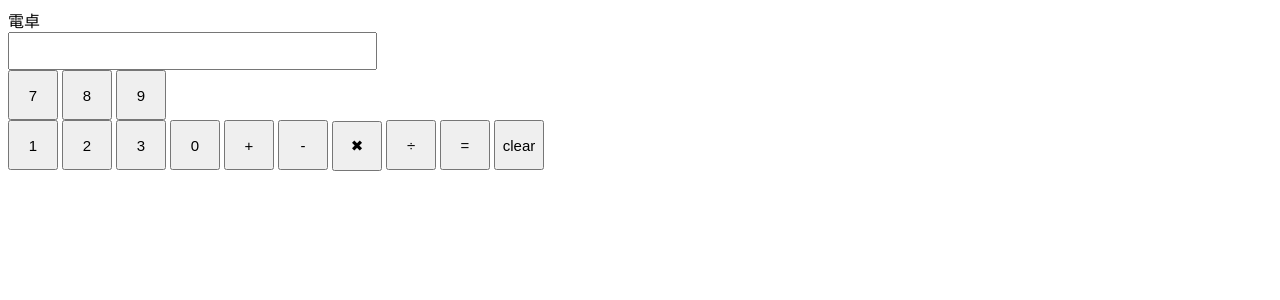
Repository: U-dias/work3
Page: 実践課題(電卓)/index.html
The author's editor kept a record of every edit. The page is drawn from the files as they stood at one moment, then again after the next edit.
The browser window is 1280 px wide. The pictures show the whole page.

Above is the page before.

### 実践課題(電卓)/index.html
<!DOCTYPE html>
 <meta charset="utf-8">
 <html>
  <link rel="stylesheet" href="main.css">
  <body>
 <div>電卓</div>
 <input style="font-size: 28px; text-align: right;"/><br />
 <script>
   function update(_v){
     document.querySelector('input').value = _v
   }
   function append(_v){
     document.querySelector('input').value += _v
   }
   function calc(){
        const v = document.querySelector( 'input' ).value
        try{
        const f = new Function( 'return ' + v )
        update( f().toString() )}
        catch( _error){
          update( _error)
        }
}
 </script>
 <button onclick="append('7')">7</button>
 <button onclick="append('8')">8</button>
 <button onclick="append('9')">9</button><br />

 <button onclick="append('1')">1</button>
 <button onclick="append('2')">2</button>
 <button onclick="append('3')">3</button>

 <button onclick="append('0')">0</button>

 <button onclick="append('+')">+</button>
 <button onclick="append('-')">-</button>
 <button onclick="append('*')">✖︎</button>
 <button onclick="append('/')">÷</button>

 <button onclick="calc()">=</button>

 <button onclick="update(' ')">clear</button>
 </body></html>

### 実践課題(電卓)/main.css
button {
  width:50px;
  height:50px;
  font-size:15px;
}

After the next edit:
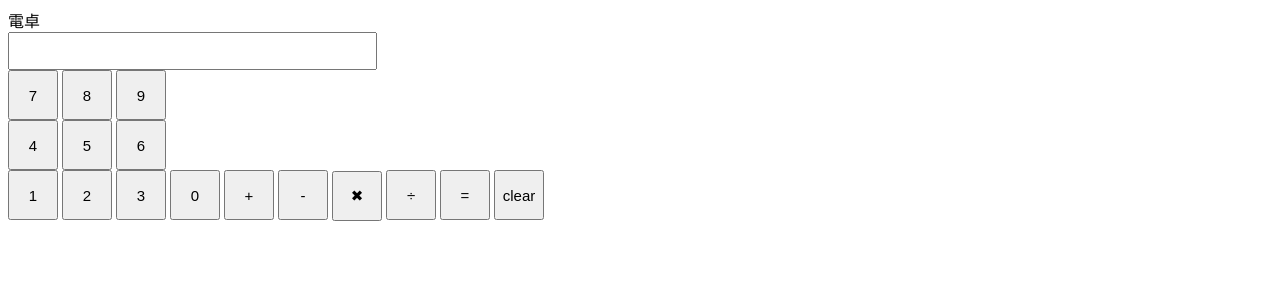
The edit:
--- a/実践課題(電卓)/index.html
+++ b/実践課題(電卓)/index.html
@@ -26,6 +26,10 @@
  <button onclick="append('8')">8</button>
  <button onclick="append('9')">9</button><br />
 
+ <button onclick="append('4')">4</button>
+ <button onclick="append('5')">5</button>
+ <button onclick="append('6')">6</button><br />
+
  <button onclick="append('1')">1</button>
  <button onclick="append('2')">2</button>
  <button onclick="append('3')">3</button>
